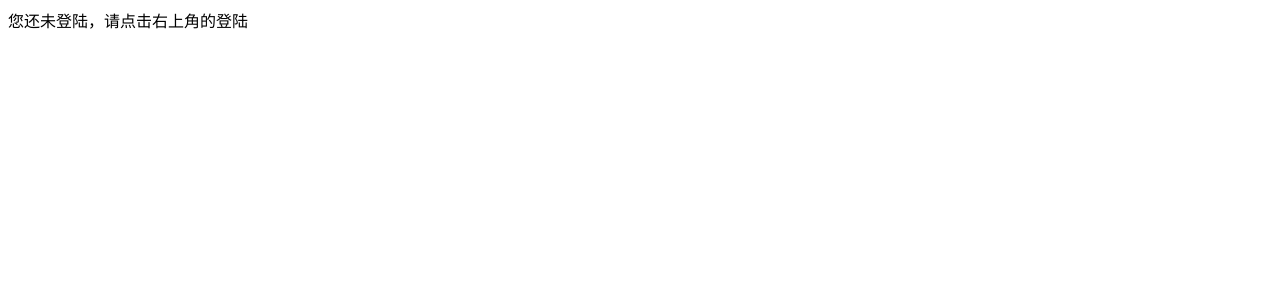
Repository: hitDeveloper/fitness
Page: http://localhost/project/error.jsp
The author's editor kept a copy of each file at every save. The page is drawn from the files as they stood at one save, then again after the next save.
The browser window is 1280 px wide. The pictures show the whole page.
The page is served by Tomcat 9. Nobody is signed in. The application's start-up code is not run.

Above is the page before, as saved 2014-11-18 07:14:07.

After the next save:
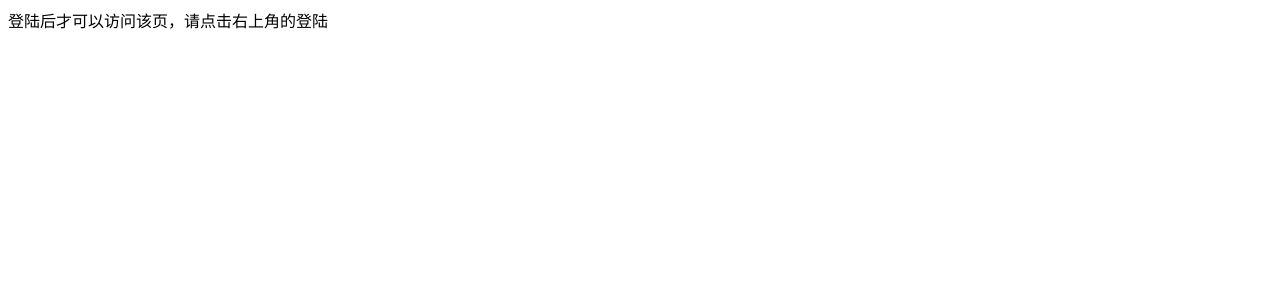
Saved 53 s later.
--- a/Project/project/WebRoot/error.jsp
+++ b/Project/project/WebRoot/error.jsp
@@ -18,6 +18,6 @@
   </head>
 
   <body>
-    您还未登陆，请点击右上角的登陆 <br>
+    登陆后才可以访问该页，请点击右上角的登陆 <br>
   </body>
 </html>
